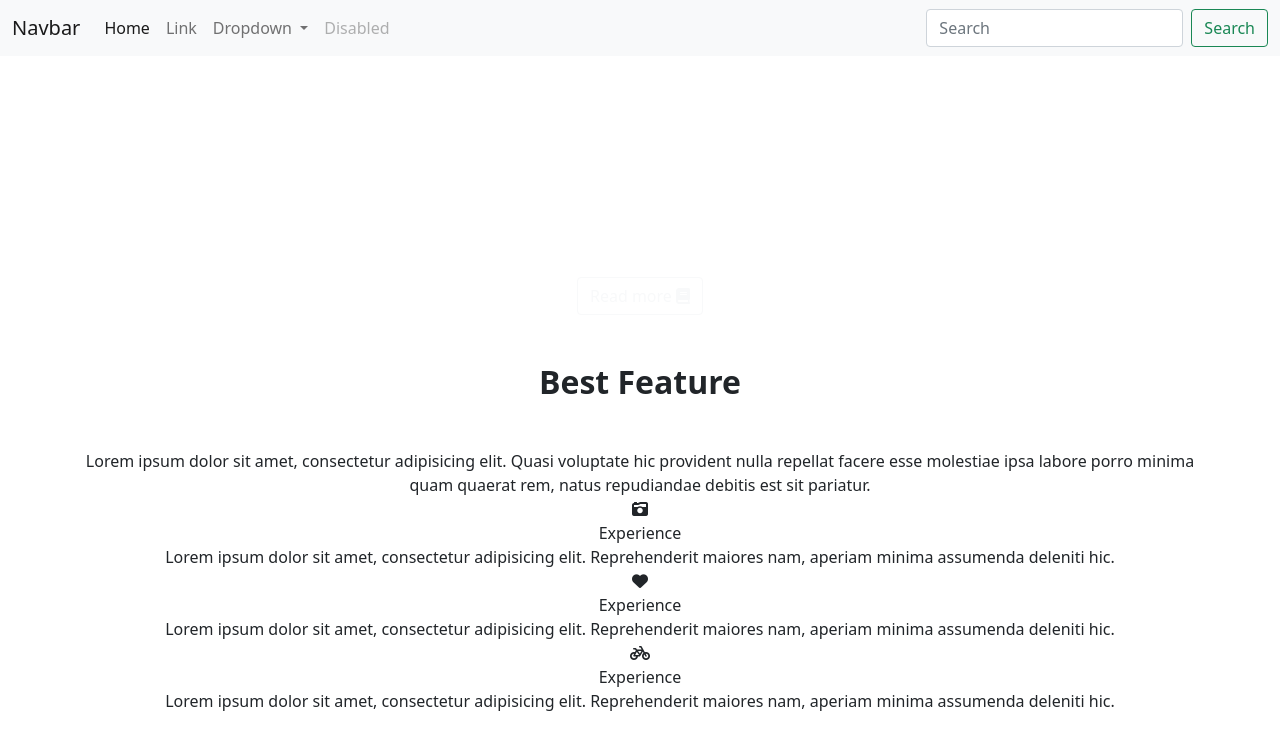
Repository: nptg3105/lab04-landing-page-boostrap5
Page: index.html
An editor plug-in stored every save of this project. The page is shown before and after the next save, followed by the edit.
The browser window is 1280 px wide. The pictures show the whole page.

Above is the page before, as saved 2021-12-19 10:10:05.

After the next save:
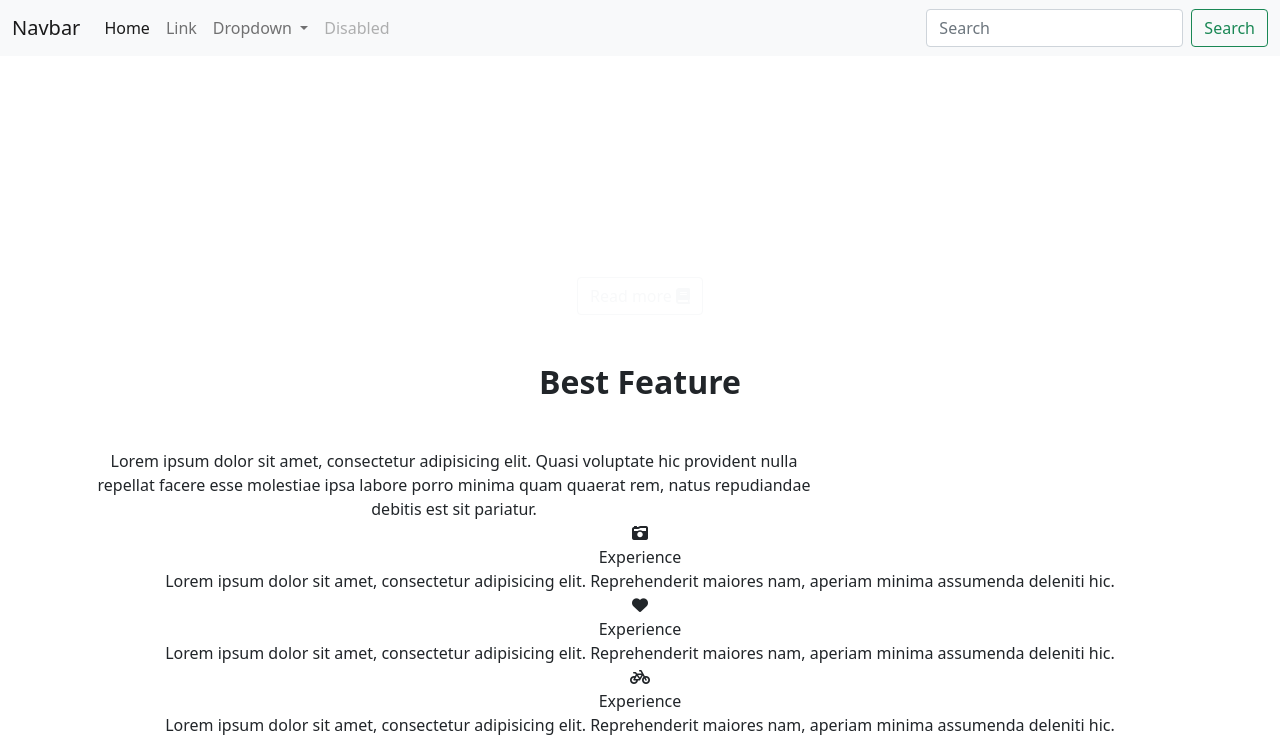
Saved 54 s later.
--- a/index.html
+++ b/index.html
@@ -90,7 +90,7 @@
       <div class="feature text-center mt-5">
         <div class="container">
           <h2 class="feature__heading fw-bold mb-5">Best Feature</h2>
-          <div class="feature__detail">Lorem ipsum dolor sit amet, consectetur adipisicing elit. Quasi voluptate hic provident nulla repellat facere esse molestiae ipsa labore porro minima quam quaerat rem, natus repudiandae debitis est sit pariatur.</div>
+          <div class="feature__detail col-md-8">Lorem ipsum dolor sit amet, consectetur adipisicing elit. Quasi voluptate hic provident nulla repellat facere esse molestiae ipsa labore porro minima quam quaerat rem, natus repudiandae debitis est sit pariatur.</div>
           <div class="feature__list">
             <div class="feature__item">
               <div class="feature__icon"><i class="fas fa-camera-retro"></i></div>
